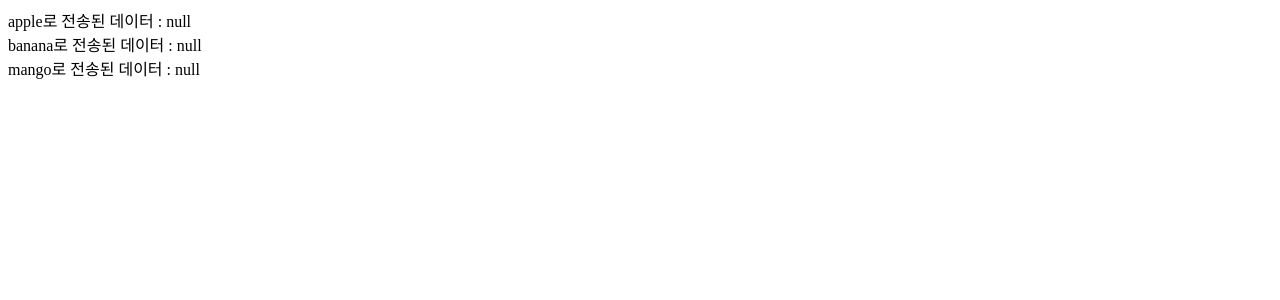
Repository: gowjd4419/jsp
Page: http://localhost/JSPBasic/jspobject/request/req_param.jsp
The author's editor kept a copy of each file at every save. The page is drawn from the files as they stood at one save, then again after the next save.
The browser window is 1280 px wide. The pictures show the whole page.
The page is served by Tomcat 9.

Above is the page before, as saved 2022-03-24 12:04:54.

After the next save:
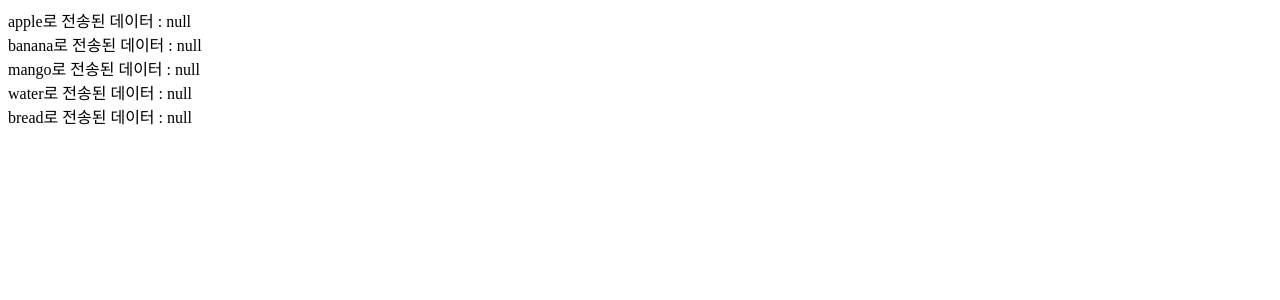
Saved 59 s later.
--- a/JSPBasic/src/main/webapp/jspobject/request/req_param.jsp
+++ b/JSPBasic/src/main/webapp/jspobject/request/req_param.jsp
@@ -17,6 +17,8 @@
      String a = request.getParameter("apple");
      String b = request.getParameter("banana");
      String c = request.getParameter("mango");
+     String d = request.getParameter("water");
+     String e = request.getParameter("bread");
      // 임의로 받아올 수 있는 request.getParameter("변수명")을 작성하고 c에 저장한후 body에서 출력해보기
  %>
 <!DOCTYPE html>
@@ -29,6 +31,9 @@
     apple로 전송된 데이터 : <%= a %><br>
     banana로 전송된 데이터 : <%= b %><br>
     mango로 전송된 데이터 : <%= c %><br>
+    water로 전송된 데이터 : <%= d %><br>
+    bread로 전송된 데이터 : <%= e %><br>
+
 
 </body>
 </html>
